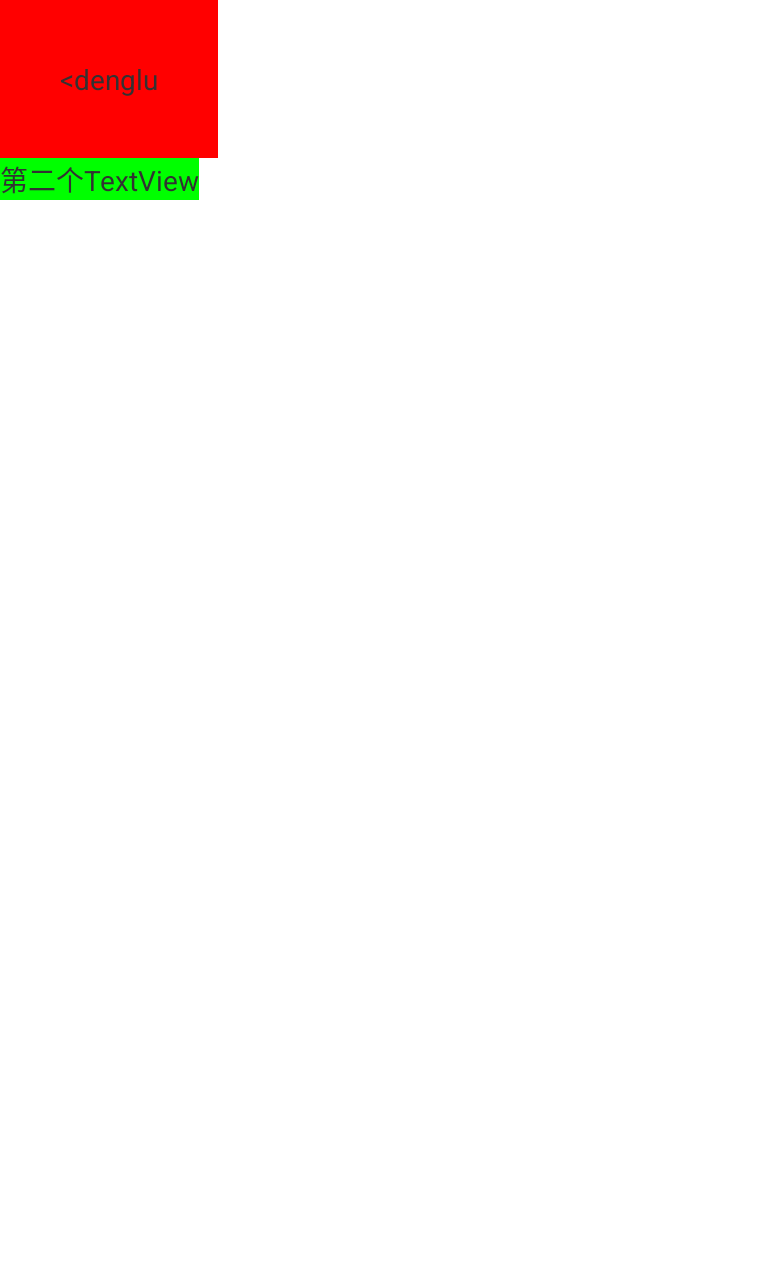
Repository: mrhanliang/Android_4.2
Layout: S01_E07_Layout/res/layout/first_layout.xml
The author's editor kept a copy of each file at every save. The layout is drawn from the files as they stood at one save, then again after the next save.
It is drawn on a 768 x 1280 px phone screen (xhdpi) without system bars, with theme AppTheme; the app's code is not run.

Above is the layout before, as saved 2015-11-29 15:24:22.

After the next save:
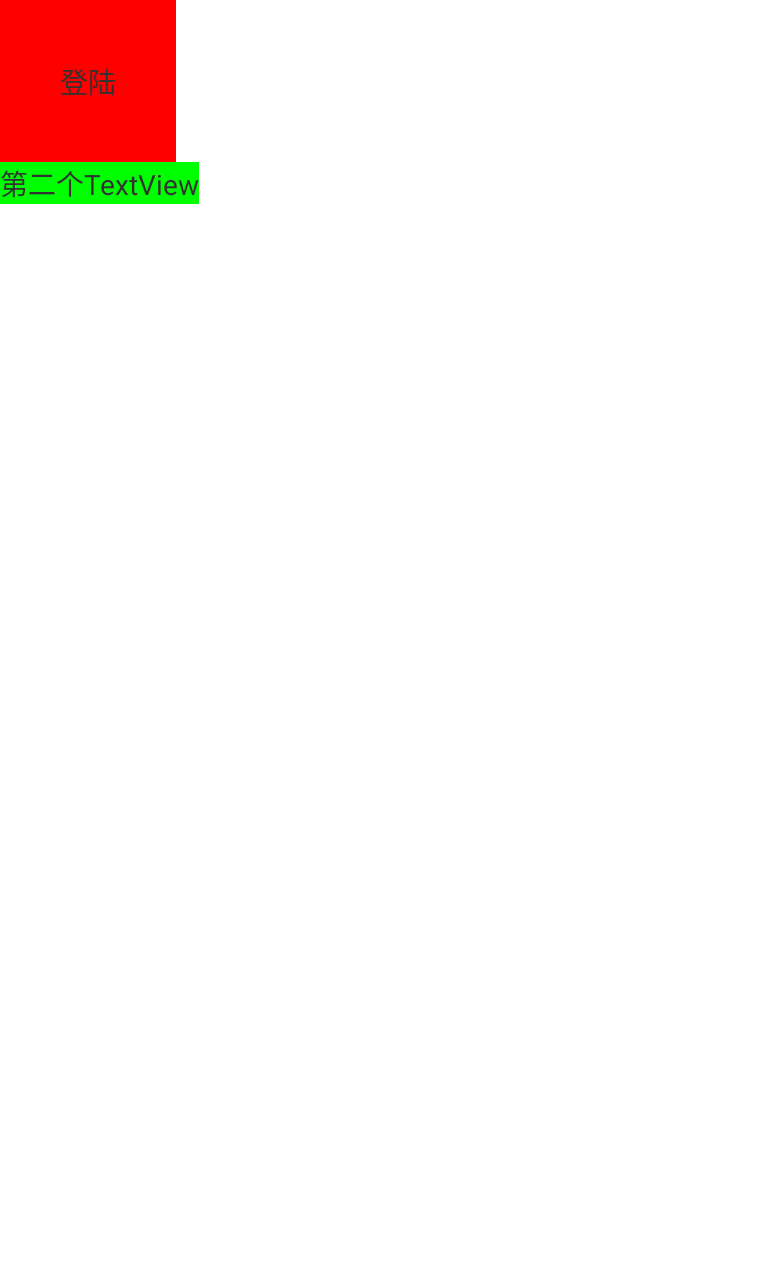
Saved 9 s later.
--- a/S01_E07_Layout/res/layout/first_layout.xml
+++ b/S01_E07_Layout/res/layout/first_layout.xml
@@ -8,7 +8,7 @@
         android:layout_width="wrap_content"
         android:background="#FF0000"
         android:padding="30dp"
-        android:text="<denglu"/>
+        android:text="登陆"/>
 
     <TextView
         android:layout_height="wrap_content"
